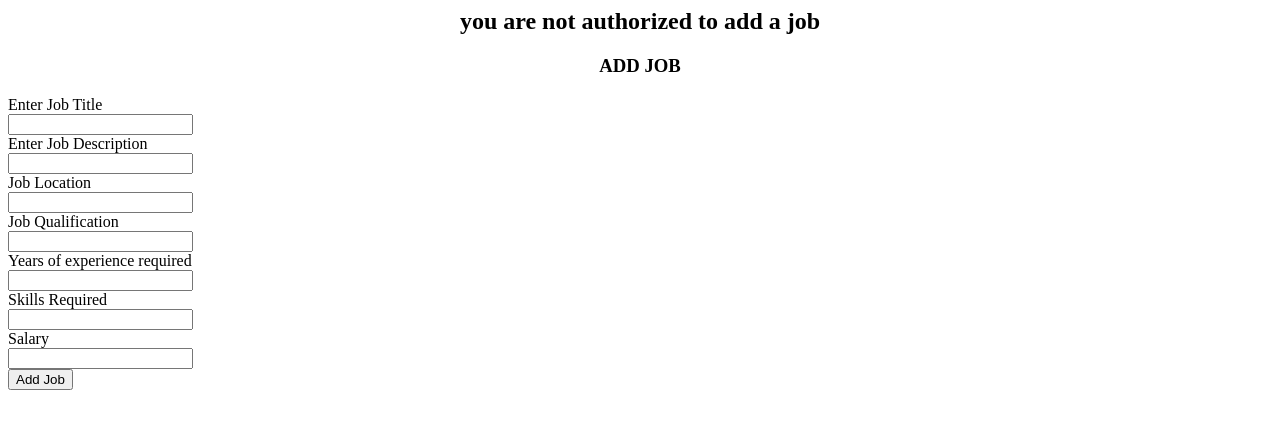
Repository: devlogan/collproject
Page: CollFrontend/WebContent/jobs/JobForm.html
An editor plug-in stored every save of this project. The page is shown before and after the next save, followed by the edit.
The browser window is 1280 px wide. The pictures show the whole page.

Above is the page before, as saved 2019-04-30 15:51:51.

### CollFrontend/WebContent/jobs/JobForm.html

<div ng-show="currentUser.role!='Admin'">

	<h2 align="center">you are not authorized to add a job</h2>
</div>
<div ng-show="currentUser.role=='Admin'" class="container">

	<h3 align=center>ADD JOB</h3>
	<form>
		<div class="form-group">
			<label for="jobTitle">Enter Job Title</label>
			<div class="col-50">
				<input type="text" class="form-control" ng-model="job.jobTitle">
			</div>
		</div>
		<div class="form-group">
			<label for="email">Enter Job Description</label>
			<div class="col-50">
				<input type="text" class="form-control"
					ng-model="job.jobDescription">
			</div>
		</div>
		<div class="form-group">
			<label for="email">Job Location</label>
			<div class="col-50">
				<input type="text" class="form-control" ng-model="job.location">
			</div>
		</div>
		<div class="form-group">
			<label for="email">Job Qualification</label>
			<div class="col-50">
				<input type="text" class="form-control" ng-model="job.qualifaction">
			</div>
		</div>
		<div class="form-group">
			<label for="email">Years of experience required</label>
			<div class="col-50">
				<input type="text" class="form-control" ng-model="job.yrsOfExp">
			</div>
		</div>
		<div class="form-group">
			<label for="email">Skills Required</label>
			<div class="col-50">
				<input type="text" class="form-control"
					ng-model="job.skillsRequired">
			</div>
		</div>
		<div class="form-group">
			<label for="email">Salary</label>
			<div class="col-50">
				<input type="text" class="form-control" ng-model="job.salary">
			</div>
		</div>


		<button type="submit" ng-click="addJob()" class="btn btn-success">Add
			Job</button>
	</form>
</div>

After the next save:
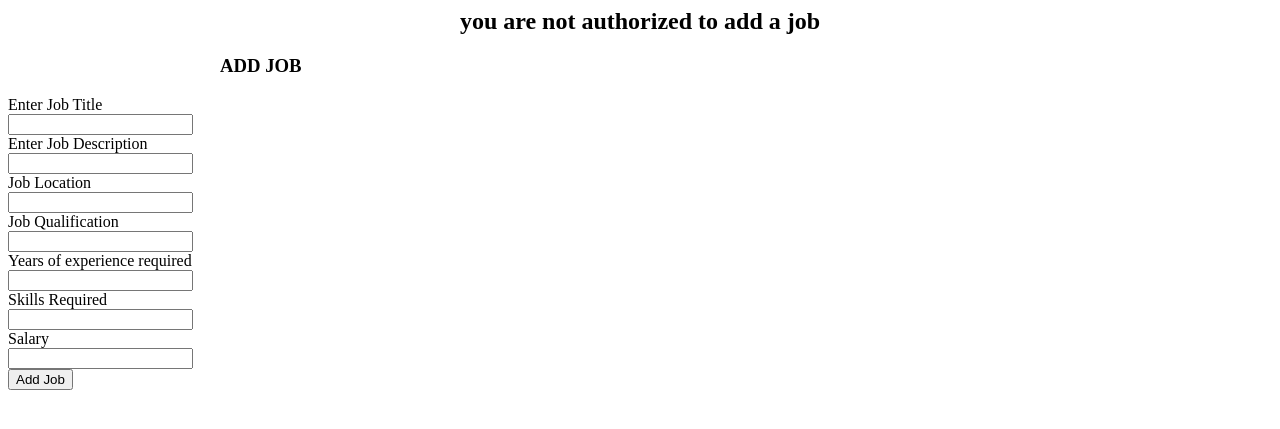
Saved 9 min 42 s later.
--- a/CollFrontend/WebContent/jobs/JobForm.html
+++ b/CollFrontend/WebContent/jobs/JobForm.html
@@ -3,7 +3,7 @@
 
 	<h2 align="center">you are not authorized to add a job</h2>
 </div>
-<div ng-show="currentUser.role=='Admin'" class="container">
+<div ng-show="currentUser.role=='Admin'" class="container" style="width:40%">
 
 	<h3 align=center>ADD JOB</h3>
 	<form>
